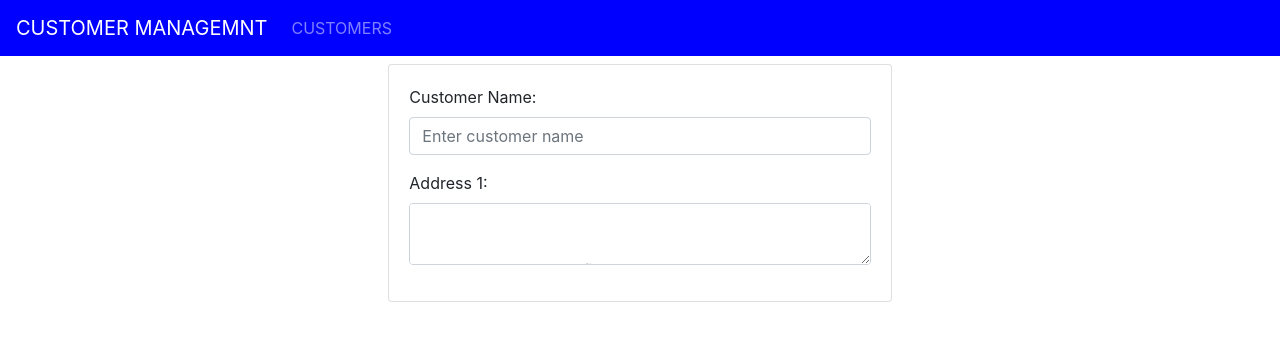
Repository: shruti-2522/webdirekt-assignment
Page: http://localhost/Customer-Project/customer-form.jsp
The author's editor kept a copy of each file at every save. The page is drawn from the files as they stood at one save, then again after a run of saves.
The browser window is 1280 px wide. The pictures show the whole page.
The page is served by Tomcat 9. Other server files are loaded and not shown.

Above is the page before, as saved 2021-07-05 10:35:38.

### Customer-Project/src/main/webapp/customer-form.jsp
<%@ page language="java" contentType="text/html; charset=ISO-8859-1"
	pageEncoding="ISO-8859-1"%>
<!DOCTYPE html>
<html>
<head>
<meta charset="ISO-8859-1">
<title>Add Customer</title>
<link rel="stylesheet"
	href="https://cdn.jsdelivr.net/npm/bootstrap@4.5.3/dist/css/bootstrap.min.css"
	integrity="sha384-TX8t27EcRE3e/ihU7zmQxVncDAy5uIKz4rEkgIXeMed4M0jlfIDPvg6uqKI2xXr2"
	crossorigin="anonymous">
</head>
<body>

	<header>
		<nav class="navbar navbar-expand-md navbar-dark"
			style="background-color: blue">
			<div>
				<a class="navbar-brand">CUSTOMER MANAGEMNT</a>
			</div>

			<ul class="navbar-nav">
				<li><a href="<%=request.getContextPath()%>/list"
					class="nav-link">CUSTOMERS</a></li>
			</ul>
		</nav>


	</header>

	<div class="container col-md-5 mt-2">
		<div class="card">
			<div class="card-body">

				<fieldset class="form-group">
					<label>Customer Name:</label> <input type="text"
						class="form-control" placeholder="Enter customer name" name="name"
						required>
				</fieldset>


				<fieldset class="form-group">
					<label>Address 1:</label>
					<textarea class="form-control name="
						addr1" placeholder="Enter address here" required>


				</fieldset>

				<fieldset class="form-group">
					<label>Address 2:</label>
					<textarea class="form-control" name="addr1"
						placeholder="Enter address here" required>


				</fieldset>

			</div>

		</div>
	</div>




</body>
</html>

After the next 2 saves:
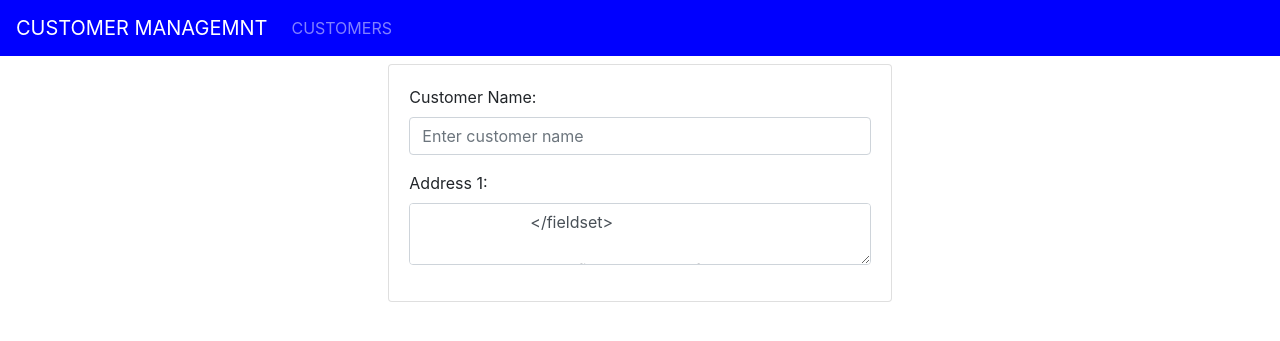
The 2 saves are shown as one change because they came seconds apart.
The last was saved 8 s later.
--- a/Customer-Project/src/main/webapp/customer-form.jsp
+++ b/Customer-Project/src/main/webapp/customer-form.jsp
@@ -42,10 +42,8 @@
 				<fieldset class="form-group">
 					<label>Address 1:</label>
 					<textarea class="form-control name="
-						addr1" placeholder="Enter address here" required>
-
-
-				</fieldset>
+						addr1" placeholder="Enter address here" required />
+			</fieldset>
 
 				<fieldset class="form-group">
 					<label>Address 2:</label>
